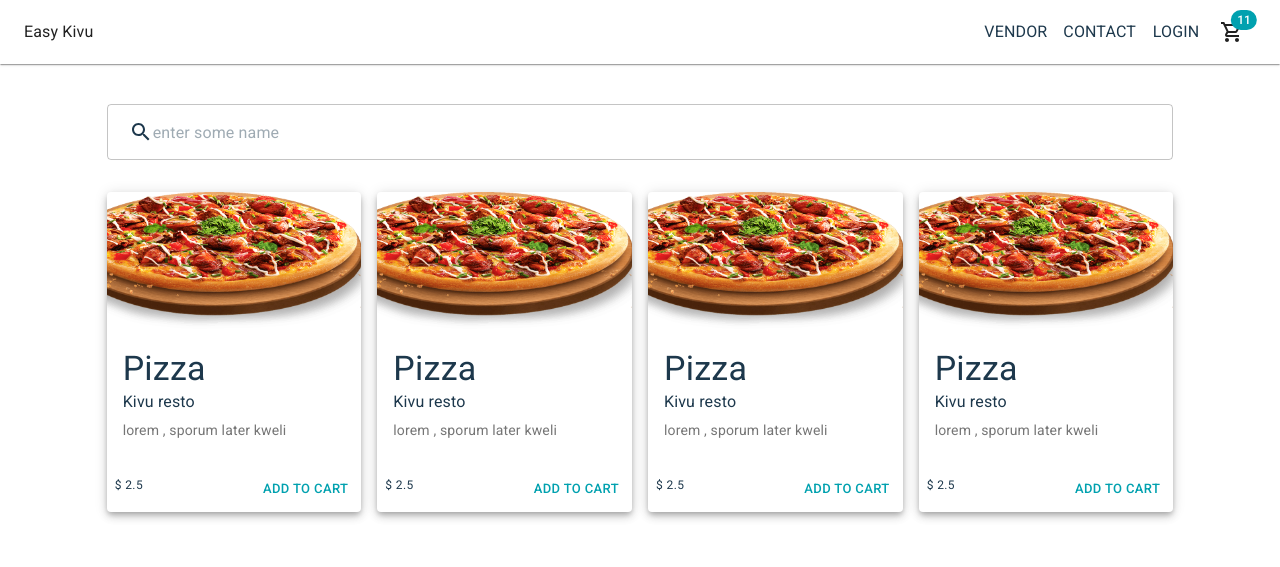
Repository: kilamaelie/jokes-dapp
Page: /
The author's editor kept a copy of each file at every save. The page is drawn from the files as they stood at one save, then again after the next save.
The browser window is 1280 px wide. The pictures show the whole page.
The project was rebuilt for these pictures with package versions that can differ from the ones it lists, and the page was loaded fresh each time. Also part of the build but not shown: src/ui/page/dashboard/dashboard.js.

Above is the page before, as saved 2021-06-28 02:21:01.

### src/App.js
import React from 'react'
import {BrowserRouter as Router ,Switch,Route} from 'react-router-dom'
import {ThemeProvider } from "@material-ui/core/styles";
import theme from './App_theme/theme'
import CssBaseline from '@material-ui/core/CssBaseline'
import Main from './ui/page/website/main'
import Dashboards from  './ui/page/dashboard/dashboard'
import AppBars from './ui/widget/appbar'



const App =()=>{


  return (
    <ThemeProvider theme={theme}>
      <CssBaseline>
          <Router>
            <AppBars/>
            <Switch>
              <Route path='/dashboard' component={Dashboards}/>
              <Route path= '/' component={Main}/>
            </Switch>
          </Router>
      </CssBaseline>
    </ThemeProvider>
  )
}

export default App

### src/App_theme/theme.js
import {createMuiTheme} from '@material-ui/core/styles'


const theme =createMuiTheme({
    palette:{
        primary:{
          main: '#FFF'
        },
        secondary:{
          main: '#00A1AF'
        },
        background:{
          default:'#FFF'
        },
        text:{
          primary:'#1D384C'
        }

      }
})

export default theme

### src/ui/page/website/main.js
import React from 'react'
import {Switch,Route} from 'react-router-dom'
import Home from './screen/home'



const Main =()=>{
    return (
            <Switch>

                <Route exact path= '/' component={Home}/>
            </Switch>
        )
}

export default Main

### src/ui/widget/appbar.js
import React,{useState} from 'react'
import {Grid,AppBar,Toolbar,IconButton,Typography,Button,Dialog,DialogContent,DialogContentText,MenuItem,Menu,Badge} from '@material-ui/core';
import RestaurantMenuIcon from '@material-ui/icons/RestaurantMenu';
import AccountCircle from '@material-ui/icons/AccountCircle';
import NotificationsIcon from '@material-ui/icons/Notifications';
import MoreIcon from '@material-ui/icons/MoreVert';
import { useTheme} from '@material-ui/core/styles'
import useMediaQuery from '@material-ui/core/useMediaQuery';
import useStyles from '../style'
import {Link} from 'react-router-dom'
import ShoppingCartOutlinedIcon from '@material-ui/icons/ShoppingCartOutlined';




const AppBars =()=>{

  const classes = useStyles();
  const [open, setOpen] = useState(false);
  const theme = useTheme();
  const fullScreen = useMediaQuery(theme.breakpoints.down('sm'));

  const handleClickOpen = () => {
    setOpen(true);
  };
  const handleClose = () => {
    setOpen(false);
  };
  // for the app bar

  const [anchorEl, setAnchorEl] = React.useState(null);
  const [mobileMoreAnchorEl, setMobileMoreAnchorEl] = React.useState(null);

  const isMenuOpen = Boolean(anchorEl);
  const isMobileMenuOpen = Boolean(mobileMoreAnchorEl);

  const handleProfileMenuOpen = (event) => {
    setAnchorEl(event.currentTarget);
  };
  const handleMenuClose = () => {
    setAnchorEl(null);
    handleMobileMenuClose();
  };
  const handleMobileMenuClose = () => {
    setMobileMoreAnchorEl(null);
  };
  const handleMobileMenuOpen = (event) => {
    setMobileMoreAnchorEl(event.currentTarget);
  };
  const handleLogoutAndMenuClose = () =>{
    const logout = localStorage.removeItem('token')
    localStorage.removeItem('id')
    localStorage.removeItem('user')
    setAnchorEl(null);
    handleMobileMenuClose();
    window.location.reload();
    return logout
  }

  const menuId = 'primary-search-account-menu';
  const renderMenu = (
    <Menu
      anchorEl={anchorEl}
      anchorOrigin={{ vertical: 'top', horizontal: 'right' }}
      id={menuId}
      keepMounted
      transformOrigin={{ vertical: 'top', horizontal: 'right' }}
      open={isMenuOpen}
      onClose={handleMenuClose}
    >
      <MenuItem onClick={handleMenuClose}>Profile</MenuItem>
      <MenuItem onClick={handleLogoutAndMenuClose}>Logout</MenuItem>
    </Menu>
  );

  const mobileMenuId = 'primary-search-account-menu-mobile';
  const renderMobileMenu = (
    <Menu
      anchorEl={mobileMoreAnchorEl}
      anchorOrigin={{ vertical: 'top', horizontal: 'right' }}
      id={mobileMenuId}
      keepMounted
      transformOrigin={{ vertical: 'top', horizontal: 'right' }}
      open={isMobileMenuOpen}
      onClose={handleMobileMenuClose}
    >
          <MenuItem>
          <Typography className={classes.typoAppbar}>VENDOR</Typography>
          </MenuItem>
          <MenuItem>
           <Typography className={classes.typoAppbar}>Contact</Typography>
          </MenuItem>
          {/* {
            token!=null? <div>
               <MenuItem>
        <IconButton aria-label="show 11 new notifications" color="inherit">
          <Badge badgeContent={11} color="secondary">
            <NotificationsIcon />
          </Badge>
        </IconButton>
        <p>Notifications</p>
      </MenuItem>
      <MenuItem onClick={handleProfileMenuOpen}>
        <IconButton
          aria-label="account of current user"
          aria-controls="primary-search-account-menu"
          aria-haspopup="true"
          color="inherit"
        >
          <AccountCircle />
        </IconButton>
        <p>Profile</p>
      </MenuItem>
            </div>

            :  */}
             <div>
              <MenuItem>
            <Button onClick={handleClickOpen}><Typography className={classes.typoAppbar}>Login</Typography></Button>
                    <Dialog
                        // fullScreen={fullScreen}
                        open={open}
                        onClose={handleClose}
                        aria-labelledby="responsive-dialog-title"
                          >
                            <DialogContent>
                              <DialogContentText>
                                  {/* <Login/> */}
                              </DialogContentText>
                            </DialogContent>
                    </Dialog>
          </MenuItem>
            </div>
          {/* } */}


    </Menu>
  );
  return (
      <Grid container direction='row'>
          {/* <Grid item xs={1} sm={1}></Grid> */}
          <Grid item xs={12} sm={12}>
          <AppBar position="fixe" elevation={1}  >
        <Toolbar>
          {/* <IconButton
            component={Link}
            to='/'
            edge="start"
            className={classes.menuButton}
            color="inherit"
            aria-label="open drawer"
          >
            <RestaurantMenuIcon className={classes.icon} />
          </IconButton> */}
          <Typography className={classes.title}  noWrap>
            Easy Kivu
          </Typography>

          <div className={classes.grow} />
          <div className={classes.sectionDesktop}>
             <Button ><Typography className={classes.typoAppbar}>VENDOR</Typography></Button>
            <Button><Typography className={classes.typoAppbar}>CONTACT</Typography></Button>
            {/* {token!=null?
            <div>
            <IconButton aria-label="show 17 new notifications" color="inherit">
              <Badge badgeContent={17} color="secondary">
                <NotificationsIcon  color="secondary"/>
              </Badge>
            </IconButton>
            <IconButton
              edge="end"
              aria-label="account of current user"
              aria-controls={menuId}
              aria-haspopup="true"
              onClick={handleProfileMenuOpen}
              color="inherit"
            >
              <AccountCircle color="secondary" />
            </IconButton>
            </div>
            : */}
            <div>
               <Button onClick={handleClickOpen}><Typography className={classes.typoAppbar}>LOGIN</Typography></Button>
                <Dialog
                    // fullScreen={fullScreen}
                    open={open}
                    onClose={handleClose}
                    aria-labelledby="responsive-dialog-title"
                      >
                        <DialogContent>
                          <DialogContentText>
                          {/* <Login/> */}
                          </DialogContentText>
                        </DialogContent>

                    </Dialog>
            </div>

            {/* } */}

          </div>
          <IconButton aria-label="show 11 new notifications" color="inherit">
          <Badge badgeContent={11} color="secondary">
            <ShoppingCartOutlinedIcon />
          </Badge>
        </IconButton>
          <div className={classes.sectionMobile}>
            <IconButton
              aria-label="show more"
              aria-controls={mobileMenuId}
              aria-haspopup="true"
              onClick={handleMobileMenuOpen}
              color="inherit"
            >
              <MoreIcon className={classes.icon} />
            </IconButton>
          </div>
        </Toolbar>
      </AppBar>
      {renderMobileMenu}
      {renderMenu}
          </Grid>
          {/* <Grid item xs={1} sm={1}></Grid> */}
      </Grid>
  )

}
export default AppBars

### src/ui/page/website/screen/home.js
import React from 'react'
import useStyles from '../../../style'
import {Grid,TextField,InputAdornment} from '@material-ui/core'
import SearchIcon from '@material-ui/icons/Search';
import CardItem from '../screen/widget/card'


const Home = () =>{
    const classes =useStyles()

    return (
        <Grid container direction='row' className={classes.margin_40} >
            <Grid item xs={1} sm={1}></Grid>
            <Grid item xs={10} sm={10}  >
               <Grid container spacing={4}  >
                   <Grid item xs={12} sm={12}>
                       <TextField
                        variant='outlined'
                        fullWidth
                        onFocus
                        placeholder="enter some name"
                        InputProps={{
                            startAdornment: (
                              <InputAdornment position="end">
                                <SearchIcon />
                              </InputAdornment>
                            ),
                          }}
                       />
                   </Grid>
                   <Grid item xs={12} sm={12}>
                       <Grid container spacing ={2}>
                           <Grid item xs={12} sm={3}>
                           <CardItem/>
                           </Grid>
                           <Grid item xs={12} sm={3}>
                           <CardItem/>
                           </Grid>
                           <Grid item xs={12} sm={3}>
                           <CardItem/>
                           </Grid>
                           <Grid item xs={12} sm={3}>
                           <CardItem/>
                           </Grid>
                       </Grid>
                   </Grid>
               </Grid>
            </Grid>
            <Grid item xs={1} sm={1}></Grid>
        </Grid>
    )
}

export default Home

### src/ui/style.js
import {makeStyles} from '@material-ui/core/styles'

export default makeStyles((theme)=>({

    app:{
        background:'white',
        //marginTop:10,
        // marginbo

    },
    title:{
        color:theme.palette.primary.secondary,
        fontWeight:400,

    },
    grow: {
        flexGrow: 1,
      },
      menuButton: {
        marginRight: theme.spacing(4),
      },
      title: {
        display: '',
        color:theme.palette.primary.secondary,
        fontWeight: 400 ,
        [theme.breakpoints.up('sm')]: {
          display: 'block',
          fontWeight: 400
        },
      },

      sectionDesktop: {
        display: 'none',
        [theme.breakpoints.up('md')]: {
          display: 'flex',
        },
      },
      sectionMobile: {
        display: 'flex',
        [theme.breakpoints.up('md')]: {
          display: 'none',
        },
      },
    icon:{
        color:theme.palette.primary.secondary,
    },
    typoAppbar:{
      color:theme.palette.primary.secondary,
      fontSize: 15,
      fontWeight:400
    },
    homeAppbar:{
      marginTop:40,
      backgroundColor:theme.palette.primary.secondary,
      height:80,
      borderRadius:"10px"
    },
    margin_40:{
      marginTop: 40,
      marginBottom:40
    }

}))

### src/ui/page/website/screen/widget/card.js
import React from 'react'
import {Grid,TextField,Typography} from '@material-ui/core'
import Card from '@material-ui/core/Card';
import CardActionArea from '@material-ui/core/CardActionArea';
import CardActions from '@material-ui/core/CardActions';
import CardContent from '@material-ui/core/CardContent';
import CardMedia from '@material-ui/core/CardMedia';
import Button from '@material-ui/core/Button';
import Pizza from '../../../../../assets/pizza.png'


const CardItem =()=>{
    return (
        <Card elevation={5} >
        {/* <CardActionArea> */}
          <CardMedia
            style={{height:140}}
            image={Pizza}
            // title={imagetitle}
          />
          <CardContent>
            <Typography variant="caption" variant='h4' component="h2" >
              Pizza
            </Typography>
            <Typography gutterBottom  component="h2" >
              Kivu resto
            </Typography>
            <Typography variant="body2" color="textSecondary" style={{height:30}}>
             lorem , sporum later kweli
            </Typography>
          </CardContent>
        {/* </CardActionArea> */}
        <CardActions>
          <Grid container>
            <Grid item sm={6} md={6} xs={6} justify="center">
              <Typography variant="caption">
                $ 2.5
              </Typography>
            </Grid>
            <Grid item md={6} xs={6}>
              <Grid container direction="column" justify="center" alignItems="flex-end">
              <Button size="small" color="secondary" >
                Add to cart
              </Button>
              </Grid>
            </Grid>
          </Grid>
        </CardActions>
      </Card>
    )
}


export default CardItem;

Loaded but not shown: public/index.html (common file); src/index.js (common file); src/index.css (common file); src/reportWebVitals.js (common file)

After the next save:
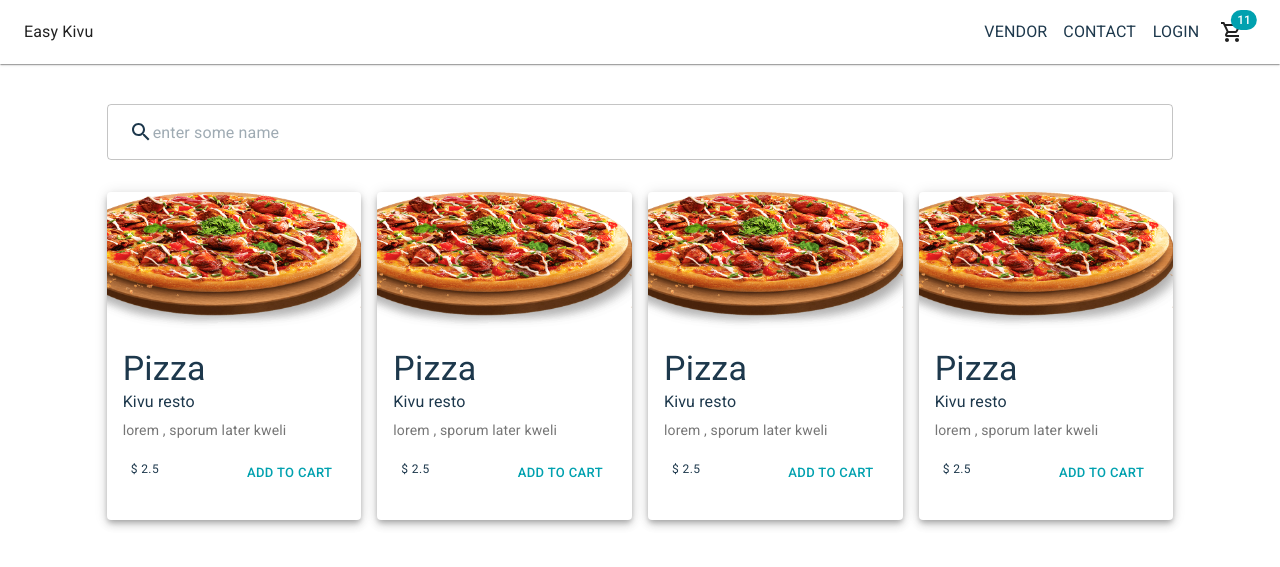
Saved 5 min 22 s later.
--- a/src/ui/page/website/screen/widget/card.js
+++ b/src/ui/page/website/screen/widget/card.js
@@ -28,7 +28,7 @@ const CardItem =()=>{
             <Typography variant="body2" color="textSecondary" style={{height:30}}>
              lorem , sporum later kweli
             </Typography>
-          </CardContent>
+
         {/* </CardActionArea> */}
         <CardActions>
           <Grid container>
@@ -46,6 +46,7 @@ const CardItem =()=>{
             </Grid>
           </Grid>
         </CardActions>
+        </CardContent>
       </Card>
     )
 }
